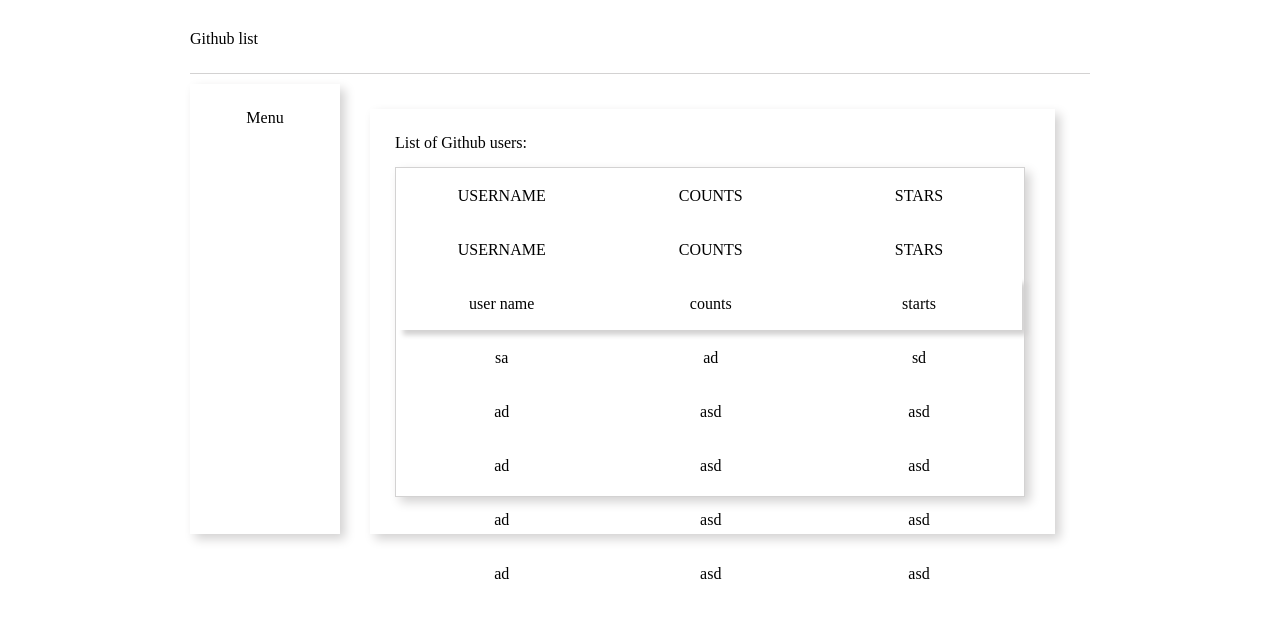
Repository: SzymonRoche/gitStars
Page: index.html
The author's editor kept a copy of each file at every save. The page is drawn from the files as they stood at one save, then again after the next save.
The browser window is 1280 px wide. The pictures show the whole page.

Above is the page before, as saved 2020-02-15 18:33:37.

### index.html
<!DOCTYPE html>
<html lang="en">

<head>
  <meta charset="UTF-8">
  <meta name="viewport" content="width=device-width, initial-scale=1.0">
  <link rel="stylesheet" type="text/css" href="style.css">
  <link href="https://fonts.googleapis.com/css?family=Roboto" rel="stylesheet">
  <meta http-equiv="X-UA-Compatible" content="ie=edge">
  <title>Github List</title>
</head>

<body class="app">

  <div class="title"> Github list </div>
  <div class="aside"> Menu </div>
  <div class="content"> List of Github users:
    <table class="my-table">


        <TR class="firts"> <TD> user name </TD><TD> counts </TD><TD> starts </TD></TR>

        <TR> <TD> sa</TD><TD> ad</TD><TD> sd</TD></TR>
        <TR> <TD>ad </TD><TD> asd</TD><TD> asd</TD></TR>
        <TR> <TD>ad </TD><TD> asd</TD><TD> asd</TD></TR>
        <TR> <TD>ad </TD><TD> asd</TD><TD> asd</TD></TR>
        <TR> <TD>ad </TD><TD> asd</TD><TD> asd</TD></TR>


    </table>
  </div>

</body>
<script src="main.js" type="module"></script>
</html>

### style.css
.app{

    width: 900px;
    height: 500px;
    margin: 0 auto;
}


.title{
    margin-top: 30px;
    margin-bottom: 10px;
    padding-bottom: 25px;
    border-bottom: 1px solid  rgb(211, 210, 210);
}

.aside{
    display: block;
    width: 150px;
    height: 425px;
    padding-top: 25px;
    text-align: center;
    float:left;
    box-shadow: rgb(211, 210, 210) 5px 5px 10px;
}

.content{
    display: block;
    padding-top: 25px;
    padding-left: 25px;
    width: 660px;
    height: 400px;
    margin: 35px 20%;
    box-shadow: rgb(211, 210, 210) 5px 5px 10px;

}

.my-table{
    display: block;
    width: 630px;
    height: 330px;
    margin: 15px auto 0px 0;
    box-shadow: rgb(211, 210, 210) 5px 5px 10px;
    border: 1px solid rgb(211, 210, 210);

}

td{
    width: 210px;
    height: 50px;
    text-align: center;

}

.firts{
    box-shadow: rgb(211, 210, 210) 5px 5px 5px;
    border-bottom: 5px solid red;
}

### main.js
import  userNames  from "./users.js";
import tabela from "./tabele.js";

function CreateTabele(nr) {

    const tab = document.querySelector(".my-table");
    const tabela = tab.insertRow(nr);

    const topLeft = tabela.insertCell(0);
    const topMiddle = tabela.insertCell(1);
    const TopRight = tabela.insertCell(2);

    topLeft.innerHTML = "USERNAME"
    topMiddle.innerHTML = "COUNTS"
    TopRight.innerHTML = "STARS"
};

CreateTabele(0);
CreateTabele(1);


console.log(tabela);

### users.js
const userNames = () => {
    // All users that you need to display.
    console.log(`wyświetla userNames`)
    return ['yyx990803', 'toddmotto', 'johnpapa', 'angular', 'facebook', 'vuejs']
};



export default () => {
    userNames()
};

### tabele.js

const tabela = ["dick", "rick","majk"]






export default tabela ;

After the next save:
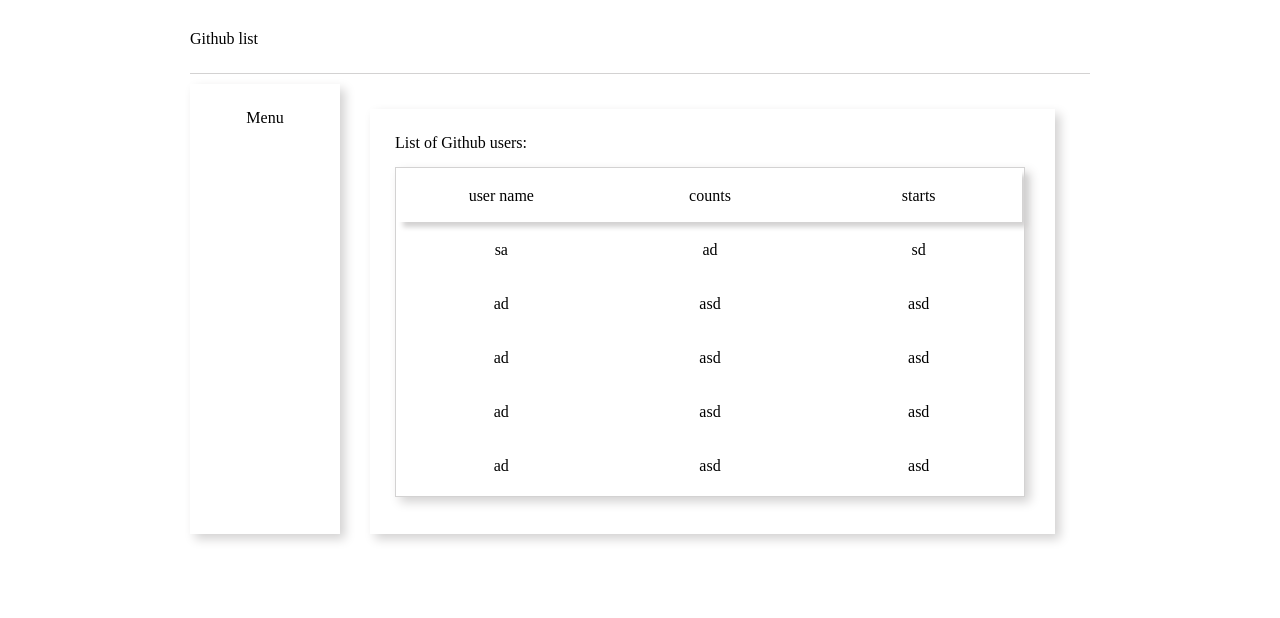
Saved 13 min 55 s later.
--- a/main.js
+++ b/main.js
@@ -15,8 +15,6 @@ function CreateTabele(nr) {
     TopRight.innerHTML = "STARS"
 };
 
-CreateTabele(0);
-CreateTabele(1);
 
 
 console.log(tabela);
